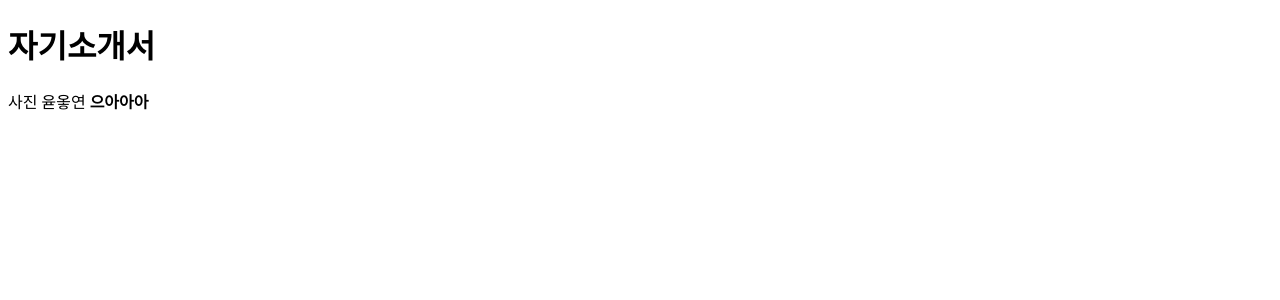
Repository: DongHyenYoo/DongHyen
Page: JdbcStudy/HTMLTEST/WebContent/SelfIntro.html
The author's editor kept a copy of each file at every save. The page is drawn from the files as they stood at one save, then again after the next save.
The browser window is 1280 px wide. The pictures show the whole page.

Above is the page before, as saved 2022-09-23 06:29:55.

After the next save:
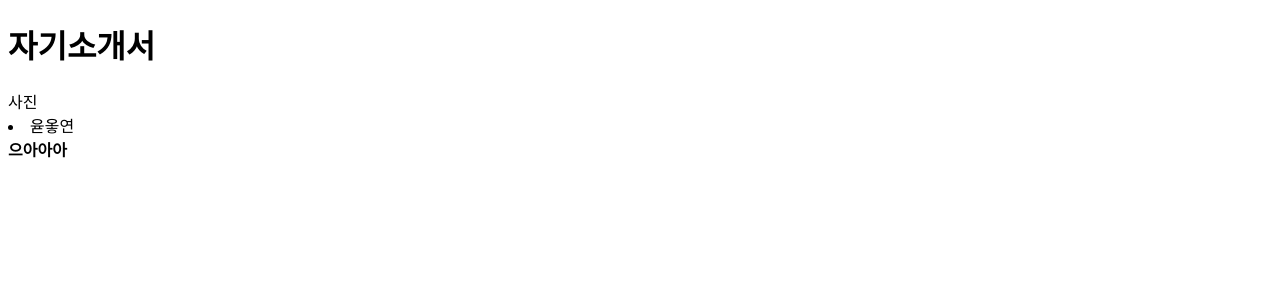
Saved 17 s later.
--- a/JdbcStudy/HTMLTEST/WebContent/SelfIntro.html
+++ b/JdbcStudy/HTMLTEST/WebContent/SelfIntro.html
@@ -9,7 +9,7 @@
 
 사진
 
-<label>윧옿연</label>
+<li>윧옿연</li>
 
 
 
